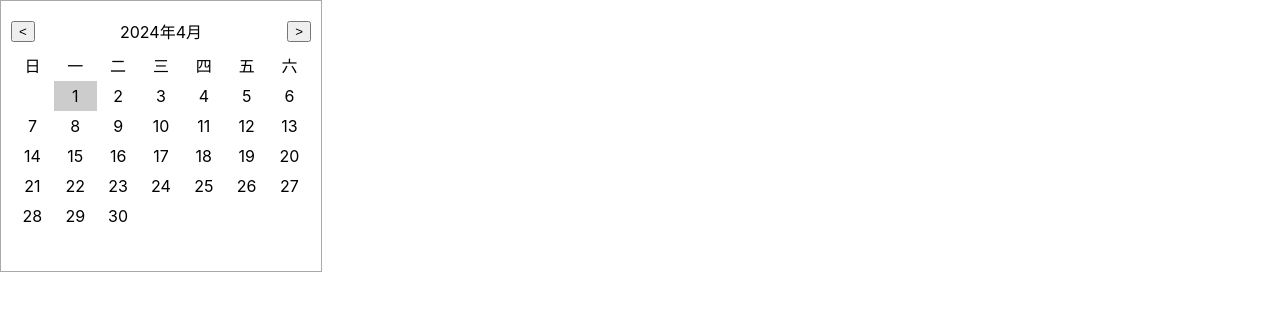
Repository: yychuiyan/calendar
Page: /
An editor plug-in stored every save of this project. The page is shown before and after the next save, followed by the edit.
The browser window is 1280 px wide. The pictures show the whole page.
The project was rebuilt for these pictures with package versions that can differ from the ones it lists, and the page was loaded fresh each time.

Above is the page before, as saved 2023-07-20 14:22:32.

After the next save:
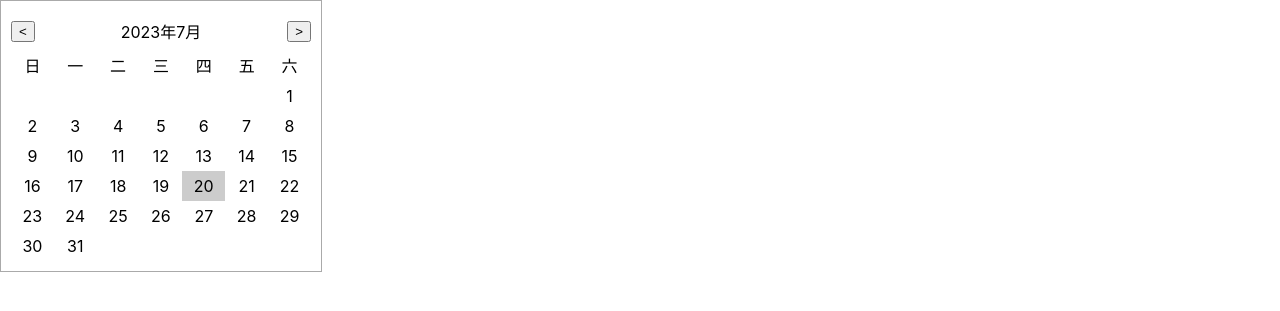
Saved 31 s later.
--- a/src/component/Calendar.tsx
+++ b/src/component/Calendar.tsx
@@ -1,30 +1,14 @@
-import React, { useEffect, useImperativeHandle, useRef, useState } from 'react'
+import React, { useState } from 'react'
 import './index.css'
 import { monthDate } from '../utils/month'
 interface CalendarProps {
   value?: Date,
   onChange?: (date: Date) => void
 }
-// 暴露组件api
-interface CalendarRef {
-  getDate: () => Date,
-  setDate: (date: Date) => void
-}
-const Calendar: React.ForwardRefRenderFunction<CalendarRef, CalendarProps> = (props, ref) => {
+const Calendar: React.FC<CalendarProps> = (props) => {
   const { value = new Date(), onChange } = props
   // 保存当前日期
   const [date, setDate] = useState(value)
-
-  useImperativeHandle(ref, () => {
-    return {
-      getDate() {
-        return date;
-      },
-      setDate(date: Date) {
-        setDate(date)
-      }
-    }
-  })
   // 点击左侧按钮
   const handlePrevMonth = () => {
     setDate(new Date(date.getFullYear(), date.getMonth() - 1, 1))
@@ -87,21 +71,4 @@ const Calendar: React.ForwardRefRenderFunction<CalendarRef, CalendarProps> = (pr
   )
 }
 
-
-const InternalCalendar = React.forwardRef(Calendar);
-const Test = () => {
-  const calendarRef = useRef<CalendarRef>(null);
-  console.log(calendarRef.current?.getDate().toLocaleDateString())
-  useEffect(() => {
-    setTimeout(() => {
-      calendarRef.current?.setDate(new Date(2024, 3, 1))
-    }, 3000)
-  }, [])
-  return (
-    <div>
-      <InternalCalendar ref={calendarRef} value={new Date(2024 - 8 - 15)}></InternalCalendar>
-    </div>
-  )
-}
-
-export default Test
+export default Calendar
